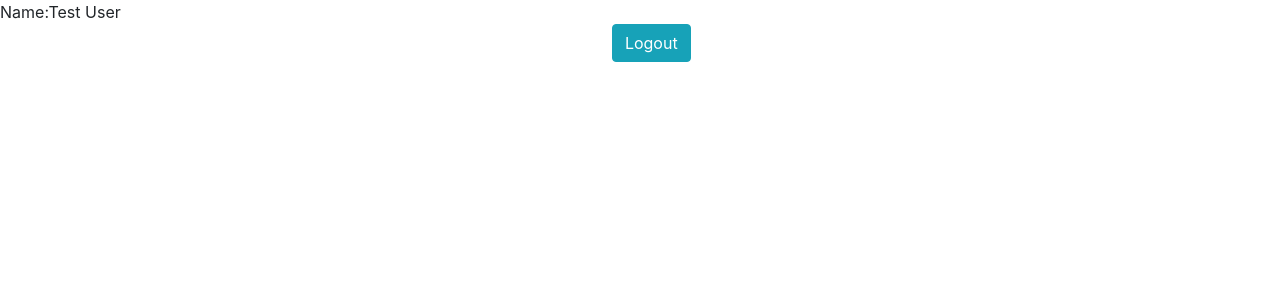
Repository: sindurup/Phase2Project
Page: http://localhost/LearnersAcademyPro/classInfo.jsp
An editor plug-in stored every save of this project. The page is shown before and after the next save, followed by the edit.
The browser window is 1280 px wide. The pictures show the whole page.
Some web libraries are served in a nearby version. The page is served by Tomcat 9. The session is filled in as if someone had signed in: {"uname": "Test User", "pw": 1}. Other server files are loaded and not shown.

Above is the page before, as saved 2021-09-27 10:53:03.
Console error: TypeError: Cannot read properties of undefined (reading 'fn')

### LearnersAcademyPro/src/main/webapp/classInfo.jsp
<%@ page language="java" contentType="text/html; charset=ISO-8859-1"
    pageEncoding="ISO-8859-1"%>
<!DOCTYPE html>
<html>
<link href="//maxcdn.bootstrapcdn.com/bootstrap/4.1.1/css/bootstrap.min.css" rel="stylesheet" id="bootstrap-css">
<script src="//maxcdn.bootstrapcdn.com/bootstrap/4.1.1/js/bootstrap.min.js"></script>
<script src="//cdnjs.cloudflare.com/ajax/libs/jquery/3.2.1/jquery.min.js"></script>
<head>
<meta charset="ISO-8859-1">
<title>Learners Academy</title>
</head>
<body>


<%
response.setHeader("Cache-Control","no-cache,no-store,must-revalidate");
HttpSession session1=request.getSession();
out.println("Name:"+session.getAttribute("uname"));

    if(session.getAttribute("uname")==null)
    {

    	 response.sendRedirect("login.jsp");
    }
%>

   <div class="form-group" align="center" >

    &nbsp;&nbsp;&nbsp;&nbsp; <input type="submit" name="submit" class="btn btn-info btn-md" value="Logout">
                            </div>
    <div id="login">
        <h3 class="text-center text-white pt-5">Login form</h3>

        <div class="container">

            <div id="login-row" class="row justify-content-center align-items-center">
                <div id="login-column" class="col-md-6">
                    <div id="login-box" class="col-md-12">
                        <form id="login" class="form" action="login" method="post">

                            <div class="form-group">

                            </div>
                            <div class="form-group">

                            </div>


                        </form>
                    </div>
                </div>
            </div>
        </div>
    </div>
</body>
</html>

After the next save:
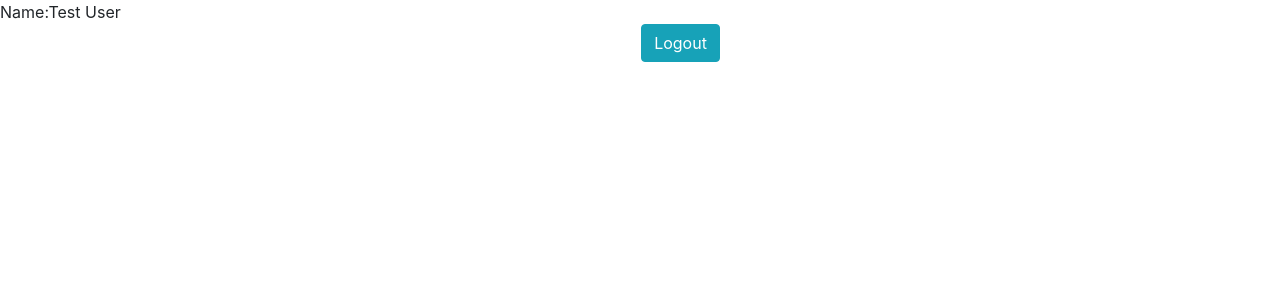
Saved 32 s later.
--- a/LearnersAcademyPro/src/main/webapp/classInfo.jsp
+++ b/LearnersAcademyPro/src/main/webapp/classInfo.jsp
@@ -26,7 +26,7 @@ out.println("Name:"+session.getAttribute("uname"));
 
    <div class="form-group" align="center" >
 
-    &nbsp;&nbsp;&nbsp;&nbsp; <input type="submit" name="submit" class="btn btn-info btn-md" value="Logout">
+    &nbsp;&nbsp;&nbsp;&nbsp;&nbsp;&nbsp;&nbsp;&nbsp;&nbsp;&nbsp;&nbsp;&nbsp;&nbsp;&nbsp;&nbsp;&nbsp;&nbsp; <input type="submit" name="submit" class="btn btn-info btn-md" value="Logout">
                             </div>
     <div id="login">
         <h3 class="text-center text-white pt-5">Login form</h3>
